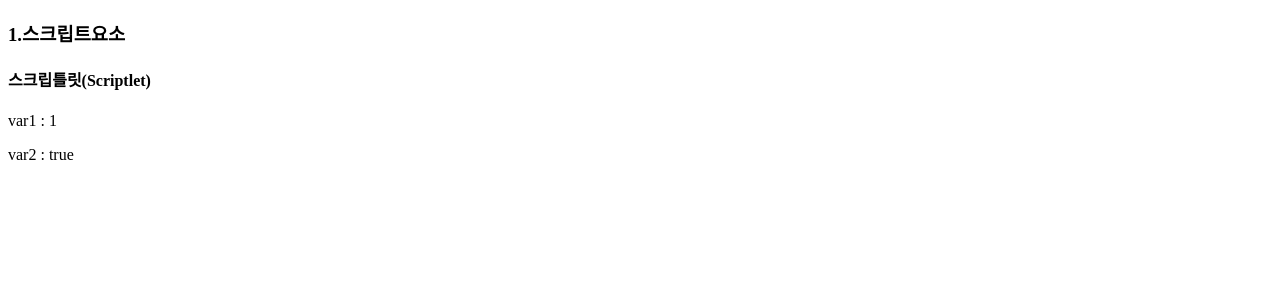
Repository: gahuileeee/JSP
Page: http://localhost/ch02/1.스크립요소.jsp
The author's editor kept a copy of each file at every save. The page is drawn from the files as they stood at one save, then again after the next save.
The browser window is 1280 px wide. The pictures show the whole page.
The page is served by Tomcat 9. Other server files are loaded and not shown.

Above is the page before, as saved 2024-01-29 01:19:45.

### ch02/src/main/webapp/1.스크립요소.jsp
<%@ page  contentType="text/html; charset=UTF-8" pageEncoding="UTF-8"%>
<!DOCTYPE html>
<html>
<head>
<meta charset="UTF-8">
	<title>1. 스크립트요소</title>
	<%--jsp 주석 --%>

</head>
	<body>
		<h3>1.스크립트요소</h3>
		<h4>스크립틀릿(Scriptlet)</h4>
		<%
		int var1 = 1;
		boolean var2= true;
		double var3= 3.14;
		String var4= "hello";
		out.println("<p>var1 : "+var1+" </p>");
		out.println("<p>var2 : "+var2+" </p>");
		%>
	</body>
</html>

After the next save:
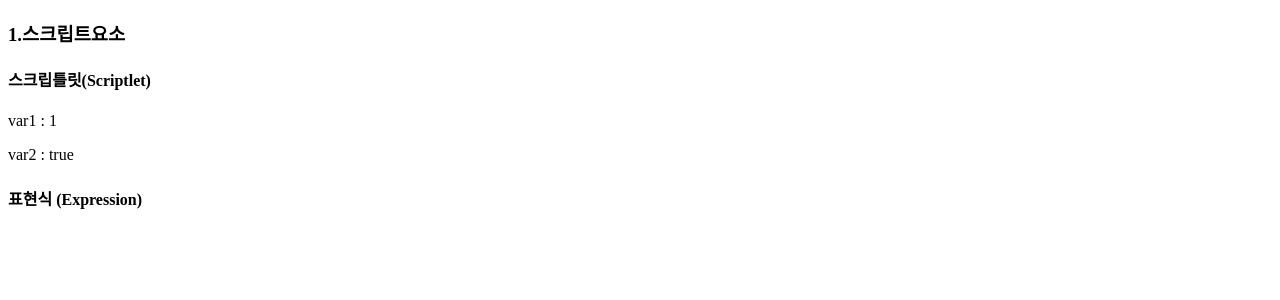
Saved 19 s later.
--- a/ch02/src/main/webapp/1.스크립요소.jsp
+++ b/ch02/src/main/webapp/1.스크립요소.jsp
@@ -18,5 +18,7 @@
 		out.println("<p>var1 : "+var1+" </p>");
 		out.println("<p>var2 : "+var2+" </p>");
 		%>
+
+		<h4>표현식 (Expression)</h4>
 	</body>
 </html>
